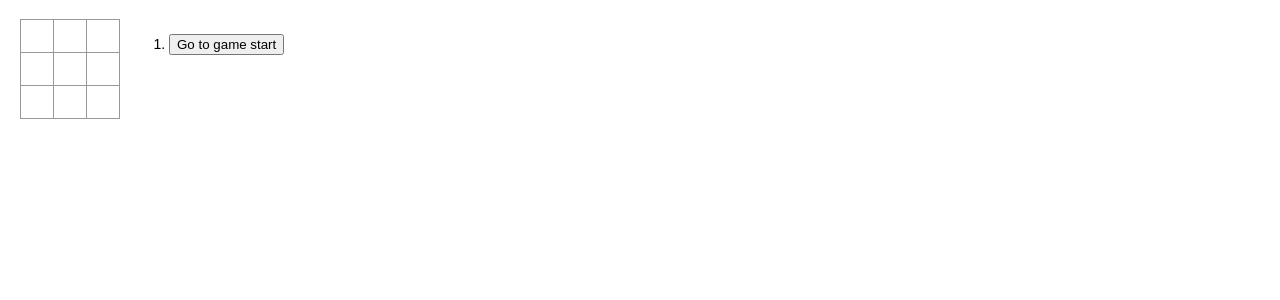
Repository: roberponzetti/ReactTicTacToe
Page: /
An editor plug-in stored every save of this project. The page is shown before and after the next save, followed by the edit.
The browser window is 1280 px wide. The pictures show the whole page.
The project was rebuilt for these pictures with package versions that can differ from the ones it lists, and the page was loaded fresh each time.

Above is the page before, as saved 2021-04-20 10:04:55.

After the next save:
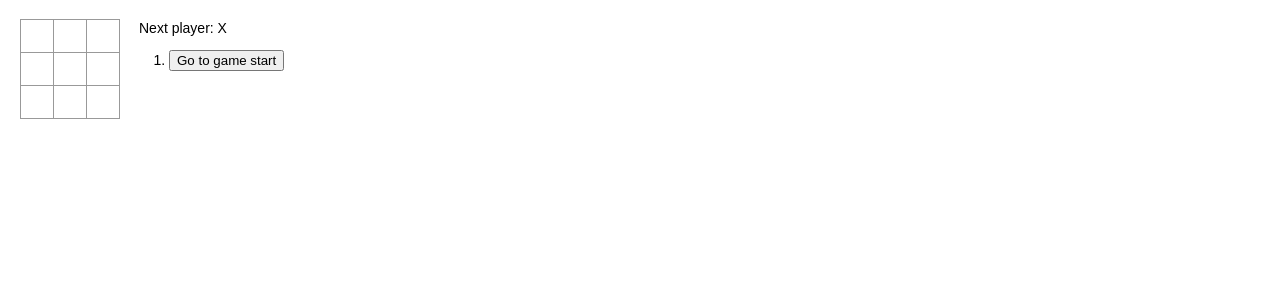
Saved 2 min 27 s later.
--- a/src/index.js
+++ b/src/index.js
@@ -92,6 +92,13 @@ function Square(props){
         );
       });
 
+      let status;
+      if (winner) {
+        status = 'Winner: ' + winner;
+      } else {
+        status = 'Next player: ' + (this.state.xIsNext ? 'X' : 'O');
+      }
+
       return (
         <div className="game">
           <div className="game-board">
